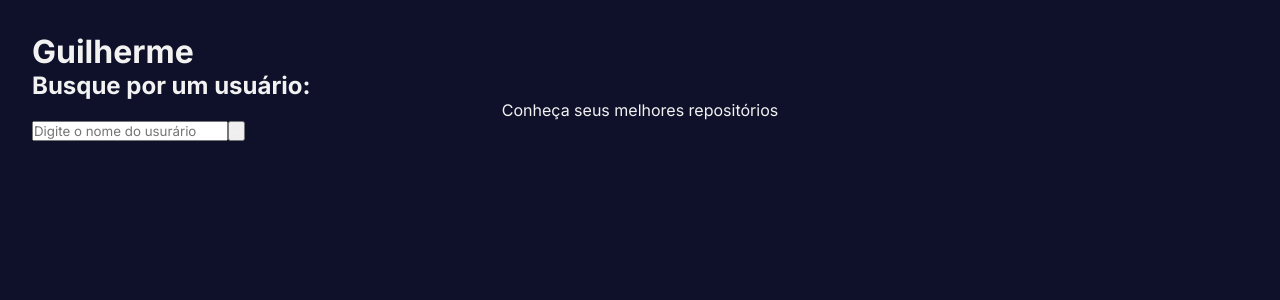
Repository: guilhermecardoso93/github-finder
Page: /
The author's editor kept a copy of each file at every save. The page is drawn from the files as they stood at one save, then again after the next save.
The browser window is 1280 px wide. The pictures show the whole page.
The project was rebuilt for these pictures with package versions that can differ from the ones it lists, and the page was loaded fresh each time. Also part of the build but not shown: vite.config.ts.

Above is the page before, as saved 2024-10-24 19:43:40.

### index.html
<!doctype html>
<html lang="en">

<head>
    <meta charset="UTF-8" />
    <link rel="icon" type="image/svg+xml" href="/" />
    <link rel="preconnect" href="https://fonts.googleapis.com">
    <link rel="preconnect" href="https://fonts.gstatic.com" crossorigin>
    <link href="https://fonts.googleapis.com/css2?family=Inter:ital,opsz,wght@0,14..32,100..900;1,14..32,100..900&display=swap" rel="stylesheet">
    <meta name="viewport" content="width=device-width, initial-scale=1.0" />
    <title>GitHub Finder </title>
</head>

<body>
    <div id="root"></div>
    <script type="module" src="/src/main.tsx"></script>
</body>

</html>

### src/main.tsx
import { createBrowserRouter, RouterProvider } from "react-router-dom";
import { StrictMode } from "react";
import { createRoot } from "react-dom/client";
import { App } from "./App.tsx";
import "./index.css";

//Pages
import { Home } from "./routes/Home.tsx";

const router = createBrowserRouter([
  {
    path: "/",
    element: <App />,
    children: [
      {
        path: "/",
        element: <Home />,
      },
    ],
  },
]);

createRoot(document.getElementById("root")!).render(
  <StrictMode>
    <RouterProvider router={router} />
  </StrictMode>
);

### src/App.tsx
import { Outlet } from "react-router-dom";

export const App = () => {
  return (
    <>
      <h1>Guilherme</h1>
      <Outlet />
    </>
  );
};

### src/index.css
* {
  padding: 0;
  margin: 0;
  box-sizing: border-box;
  font-family: "Inter", serif;
  font-optical-sizing: auto;
  color: #f2f2f2;
}

body {
  background-color: #0e1129;
  padding: 2rem;
}

p {
  text-align: center;
}

a {
  text-decoration: none;
}

### src/routes/Home.tsx
import { useState } from "react";
import { UserProps } from "../@types/user";
import { Search } from "../components/Search";

export const Home = () => {
  const [user, setUser] = useState<UserProps | null>(null);

  async function loadUser(userName: string) {
    const res = await fetch(`https://api.github.com/users/${userName}`);
    const data = await res.json();

    const { avatar_url, login, location, followers, following } = data;

    const userData: UserProps = {
      avatar_url,
      login,
      location,
      followers,
      following,
    };

    setUser(userData);
  }

  return (
    <>
      <Search loadUser={loadUser} />
      {
        user && <p>{user.login}</p>
      }
    </>
  );
};

### src/components/Search/index.tsx
import { useState } from "react";
import { BsSearch } from "react-icons/bs";

type SearchProps = {
  loadUser: (userName: string) => Promise<void>;
};

export const Search = ({ loadUser }: SearchProps) => {
  const [userName, setUserName] = useState("");

  return (
    <div>
      <h2>Busque por um usuário:</h2>
      <p>Conheça seus melhores repositórios</p>
      <div>
        <input
          type="text"
          placeholder="Digite o nome do usurário"
          onChange={(e) => setUserName(e.target.value)}
        />
        <button onClick={() => loadUser(userName)}>
          <BsSearch />
        </button>
      </div>
    </div>
  );
};

### src/App.module.css
.app {
  max-width: 500px;
  margin: 0 auto;
}

.app h1 {
  text-align: center;
  margin-bottom: 1rem;
}

After the next save:
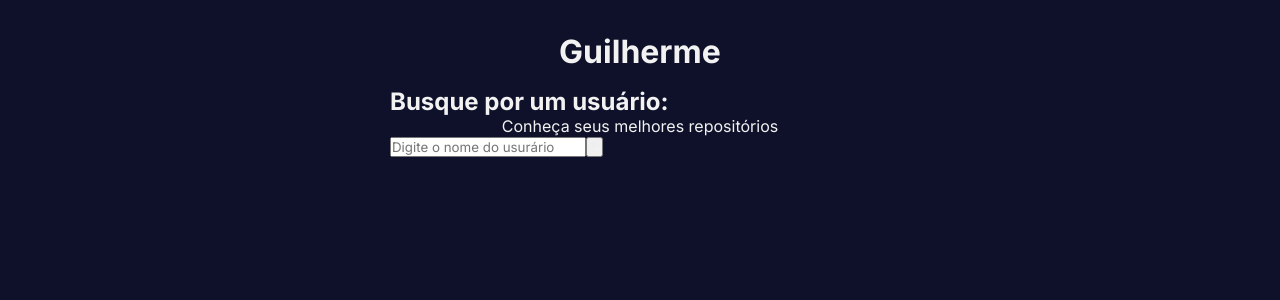
Saved 66 s later.
--- a/src/App.tsx
+++ b/src/App.tsx
@@ -1,10 +1,12 @@
 import { Outlet } from "react-router-dom";
+
+import classes from './App.module.css';
 
 export const App = () => {
   return (
-    <>
+    <div className={classes.app}>
       <h1>Guilherme</h1>
       <Outlet />
-    </>
+    </div>
   );
 };
